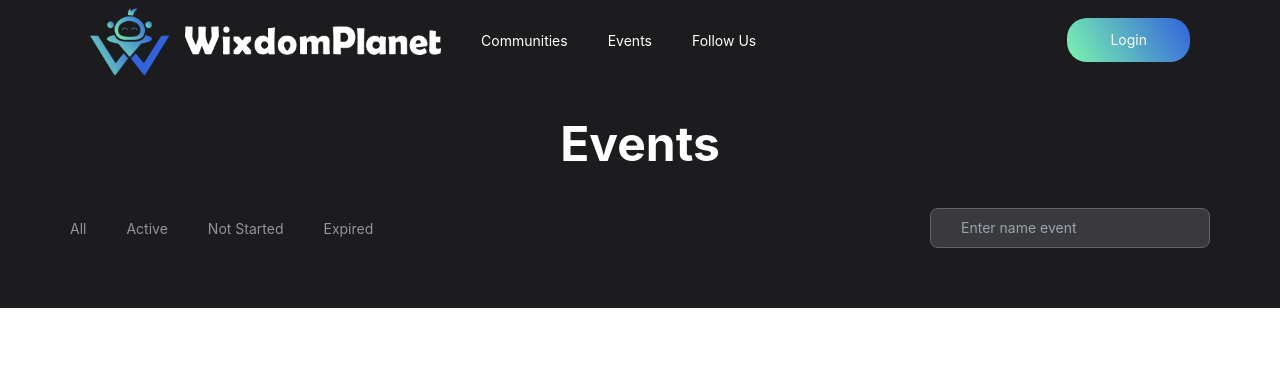
Repository: haudnn/WixdomPlanet-demo
Page: /
An editor plug-in stored every save of this project. The page is shown before and after a run of saves, followed by the edit.
The browser window is 1280 px wide. The pictures show the whole page.
The project was rebuilt for these pictures with package versions that can differ from the ones it lists, and the page was loaded fresh each time. Also part of the build but not shown: vite.config.js.

Above is the page before, as saved 2023-02-03 10:35:37.

### src/App.jsx
import "./App.css";
import { BrowserRouter } from "react-router-dom";
import Header from "./components/Layout/Header";
import RoutesConfig from "./config/RoutesConfig";
function App() {
  return (
    <div className="App bg-[#1c1c1e]">
      <BrowserRouter>
        <Header />
        <RoutesConfig/>
      </BrowserRouter>
    </div>
  );
}

export default App;

### src/index.css
@tailwind base;
@tailwind components;
@tailwind utilities;

:root {
  font-family: Inter, system-ui, Avenir, Helvetica, Arial, sans-serif;
}

### src/App.css
.grid {
    width: 100% !important;
    display: block !important;
    padding: 0;
}

.grid.wide {
    max-width: 1200px;
    margin: 0 auto;
}

.row {
    display: flex;
    flex-wrap: wrap;
    margin-left: -4px;
    margin-right: -4px;
}

.row.no-gutters {
    margin-left: 0;
    margin-right: 0;
}

.col {
    padding-left: 4px;
    padding-right: 4px;
}

.row.no-gutters .col {
    padding-left: 0;
    padding-right: 0;
}

.c-0 {
    display: none;
}

.c-1 {
    flex: 0 0 8.33333%;
    max-width: 8.33333%;
}

.c-2 {
    flex: 0 0 16.66667%;
    max-width: 16.66667%;
}

.c-3 {
    flex: 0 0 25%;
    max-width: 25%;
}

.c-4 {
    flex: 0 0 33.33333%;
    max-width: 33.33333%;
}

.c-5 {
    flex: 0 0 41.66667%;
    max-width: 41.66667%;
}

.c-6 {
    flex: 0 0 50%;
    max-width: 50%;
}

.c-7 {
    flex: 0 0 58.33333%;
    max-width: 58.33333%;
}

.c-8 {
    flex: 0 0 66.66667%;
    max-width: 66.66667%;
}

.c-9 {
    flex: 0 0 75%;
    max-width: 75%;
}

.c-10 {
    flex: 0 0 83.33333%;
    max-width: 83.33333%;
}

.c-11 {
    flex: 0 0 91.66667%;
    max-width: 91.66667%;
}

.c-12 {
    flex: 0 0 100%;
    max-width: 100%;
}

.c-o-1 {
    margin-left: 8.33333%;
}

.c-o-2 {
    margin-left: 16.66667%;
}

.c-o-3 {
    margin-left: 25%;
}

.c-o-4 {
    margin-left: 33.33333%;
}

.c-o-5 {
    margin-left: 41.66667%;
}

.c-o-6 {
    margin-left: 50%;
}

.c-o-7 {
    margin-left: 58.33333%;
}

.c-o-8 {
    margin-left: 66.66667%;
}

.c-o-9 {
    margin-left: 75%;
}

.c-o-10 {
    margin-left: 83.33333%;
}

.c-o-11 {
    margin-left: 91.66667%;
}

/* >= Tablet */
@media (min-width: 740px) {
    .row {
        margin-left: -8px;
        margin-right: -8px;
    }

    .col {
        padding-left: 8px;
        padding-right: 8px;
    }

    .m-0 {
        display: none;
    }

    .m-1,
    .m-2,
    .m-3,
    .m-4,
    .m-5,
    .m-6,
    .m-7,
    .m-8,
    .m-9,
    .m-10,
    .m-11,
    .m-12 {
        display: block;
    }

    .m-1 {
        flex: 0 0 8.33333%;
        max-width: 8.33333%;
    }

    .m-2 {
        flex: 0 0 16.66667%;
        max-width: 16.66667%;
    }

    .m-3 {
        flex: 0 0 25%;
        max-width: 25%;
    }

    .m-4 {
        flex: 0 0 33.33333%;
        max-width: 33.33333%;
    }

    .m-5 {
        flex: 0 0 41.66667%;
        max-width: 41.66667%;
    }

    .m-6 {
        flex: 0 0 50%;
        max-width: 50%;
    }

    .m-7 {
        flex: 0 0 58.33333%;
        max-width: 58.33333%;
    }

    .m-8 {
        flex: 0 0 66.66667%;
        max-width: 66.66667%;
    }

    .m-9 {
        flex: 0 0 75%;
        max-width: 75%;
    }

    .m-10 {
        flex: 0 0 83.33333%;
        max-width: 83.33333%;
    }

    .m-11 {
        flex: 0 0 91.66667%;
        max-width: 91.66667%;
    }

    .m-12 {
        flex: 0 0 100%;
        max-width: 100%;
    }

    .m-o-1 {
        margin-left: 8.33333%;
    }

    .m-o-2 {
        margin-left: 16.66667%;
    }

    .m-o-3 {
        margin-left: 25%;
    }

    .m-o-4 {
        margin-left: 33.33333%;
    }

    .m-o-5 {
        margin-left: 41.66667%;
    }

    .m-o-6 {
        margin-left: 50%;
    }

    .m-o-7 {
        margin-left: 58.33333%;
    }

    .m-o-8 {
        margin-left: 66.66667%;
    }

    .m-o-9 {
        margin-left: 75%;
    }

    .m-o-10 {
        margin-left: 83.33333%;
    }

    .m-o-11 {
        margin-left: 91.66667%;
    }
}

/* PC medium resolution > */
@media (min-width: 1113px) {
    .row {
        margin-left: -12px;
        margin-right: -12px;
    }

    .row.sm-gutter {
        margin-left: -5px;
        margin-right: -5px;
    }

    .col {
        padding-left: 12px;
        padding-right: 12px;
    }

    .row.sm-gutter .col {
        padding-left: 5px;
        padding-right: 5px;
    }

    .l-0 {
        display: none;
    }

    .l-1,
    .l-2,
    .l-2-4,
    .l-3,
    .l-4,
    .l-5,
    .l-6,
    .l-7,
    .l-8,
    .l-9,
    .l-10,
    .l-11,
    .l-12 {
        display: block;
    }

    .l-1 {
        flex: 0 0 8.33333%;
        max-width: 8.33333%;
    }

    .l-2 {
        flex: 0 0 16.66667%;
        max-width: 16.66667%;
    }

    .l-2-4 {
        flex: 0 0 20%;
        max-width: 20%;
    }

    .l-3 {
        flex: 0 0 25%;
        max-width: 25%;
    }

    .l-4 {
        flex: 0 0 33.33333%;
        max-width: 33.33333%;
    }

    .l-5 {
        flex: 0 0 41.66667%;
        max-width: 41.66667%;
    }

    .l-6 {
        flex: 0 0 50%;
        max-width: 50%;
    }

    .l-7 {
        flex: 0 0 58.33333%;
        max-width: 58.33333%;
    }

    .l-8 {
        flex: 0 0 66.66667%;
        max-width: 66.66667%;
    }

    .l-9 {
        flex: 0 0 75%;
        max-width: 75%;
    }

    .l-10 {
        flex: 0 0 83.33333%;
        max-width: 83.33333%;
    }

    .l-11 {
        flex: 0 0 91.66667%;
        max-width: 91.66667%;
    }

    .l-12 {
        flex: 0 0 100%;
        max-width: 100%;
    }

    .l-o-1 {
        margin-left: 8.33333%;
    }

    .l-o-2 {
        margin-left: 16.66667%;
    }

    .l-o-3 {
        margin-left: 25%;
    }

    .l-o-4 {
        margin-left: 33.33333%;
    }

    .l-o-5 {
        margin-left: 41.66667%;
    }

    .l-o-6 {
        margin-left: 50%;
    }

    .l-o-7 {
        margin-left: 58.33333%;
    }

    .l-o-8 {
        margin-left: 66.66667%;
    }

    .l-o-9 {
        margin-left: 75%;
    }

    .l-o-10 {
        margin-left: 83.33333%;
    }

    .l-o-11 {
        margin-left: 91.66667%;
    }
}

/* Tablet - PC low resolution */
@media (min-width: 740px) and (max-width: 1023px) {
    .wide {
        width: 644px;
    }
}

/* > PC low resolution */
@media (min-width: 1024px) and (max-width: 1239px) {
    .wide {
        width: 984px;
    }

    .wide .row {
        margin-left: -12px;
        margin-right: -12px;
    }

    .wide .row.sm-gutter {
        margin-left: -5px;
        margin-right: -5px;
    }

    .wide .col {
        padding-left: 12px;
        padding-right: 12px;
    }

    .wide .row.sm-gutter .col {
        padding-left: 5px;
        padding-right: 5px;
    }

    .wide .l-0 {
        display: none;
    }

    .wide .l-1,
    .wide .l-2,
    .wide .l-2-4,
    .wide .l-3,
    .wide .l-4,
    .wide .l-5,
    .wide .l-6,
    .wide .l-7,
    .wide .l-8,
    .wide .l-9,
    .wide .l-10,
    .wide .l-11,
    .wide .l-12 {
        display: block;
    }

    .wide .l-1 {
        flex: 0 0 8.33333%;
        max-width: 8.33333%;
    }

    .wide .l-2 {
        flex: 0 0 16.66667%;
        max-width: 16.66667%;
    }

    .wide .l-2-4 {
        flex: 0 0 20%;
        max-width: 20%;
    }

    .wide .l-3 {
        flex: 0 0 25%;
        max-width: 25%;
    }

    .wide .l-4 {
        flex: 0 0 33.33333%;
        max-width: 33.33333%;
    }

    .wide .l-5 {
        flex: 0 0 41.66667%;
        max-width: 41.66667%;
    }

    .wide .l-6 {
        flex: 0 0 50%;
        max-width: 50%;
    }

    .wide .l-7 {
        flex: 0 0 58.33333%;
        max-width: 58.33333%;
    }

    .wide .l-8 {
        flex: 0 0 66.66667%;
        max-width: 66.66667%;
    }

    .wide .l-9 {
        flex: 0 0 75%;
        max-width: 75%;
    }

    .wide .l-10 {
        flex: 0 0 83.33333%;
        max-width: 83.33333%;
    }

    .wide .l-11 {
        flex: 0 0 91.66667%;
        max-width: 91.66667%;
    }

    .wide .l-12 {
        flex: 0 0 100%;
        max-width: 100%;
    }

    .wide .l-o-1 {
        margin-left: 8.33333%;
    }

    .wide .l-o-2 {
        margin-left: 16.66667%;
    }

    .wide .l-o-3 {
        margin-left: 25%;
    }

    .wide .l-o-4 {
        margin-left: 33.33333%;
    }

    .wide .l-o-5 {
        margin-left: 41.66667%;
    }

    .wide .l-o-6 {
        margin-left: 50%;
    }

    .wide .l-o-7 {
        margin-left: 58.33333%;
    }

    .wide .l-o-8 {
        margin-left: 66.66667%;
    }

    .wide .l-o-9 {
        margin-left: 75%;
    }

    .wide .l-o-10 {
        margin-left: 83.33333%;
    }

    .wide .l-o-11 {
        margin-left: 91.66667%;
    }
}

### src/components/Layout/Header.jsx
import React from 'react'
import { Link } from 'react-router-dom'
import logo from "../../assets/imgs/logo.png"
const Header = () => {
  return (
    <header className='h-[80px]'>
        <div className='max-w-[1140px] my-0 mx-auto h-full px-5'>
            <div className='flex items-center justify-between h-full'>
                <div className='flex items-center gap-x-10'>
                    <div className='h-[80px]'>
                        <Link to="/">
                            <img src={logo} alt="Logo" className='w-full h-full object-cover' />
                        </Link>
                    </div>
                    <ul className='flex items-center gap-x-10'>
                        <li>
                            <Link className='text-sm text-white' to="/communities">Communities</Link>
                        </li>
                        <li>
                            <Link className='text-sm text-white' to="/events">Events</Link>
                        </li>
                        <li>
                            <Link className='text-sm text-white' to="/follow">Follow Us</Link>
                        </li>
                    </ul>
                </div>
                <button style={{background: "linear-gradient(239deg,#3262dd,#7af4ae 98.78%)"}} className='text-sm text-white rounded-[20px] py-3 px-[43px]'>
                    <Link to="/login">Login</Link>
                </button>
            </div>
        </div>
    </header>
  )
}

export default Header

### src/config/RoutesConfig.jsx
import { Routes, Route } from 'react-router-dom';
import routes from '../constants/routes';
function RoutesConfig() {
  return (
    <Routes>
      {routes.map(({ path, component }) => (
        <Route key={path} path={path} element={component} />
      ))}
    </Routes>
  );
}
export default RoutesConfig;

### src/constants/routes.jsx
import Home from "../features/Home";

const routes = [
    {
      path: '/',
      component: <Home/>,
    },
]
export default routes;

### src/features/Home.jsx
import React from 'react'
import Event from './Event/page/Event'

const Home = () => {
  return (
    <section className='home py-10 max-w-[1140px] my-0 mx-auto'>
        <div className='text-center'>
            <span className="text-white font-bold text-5xl ">Events</span>
        </div>
        <div className='mt-10 flex items-center justify-between'>
            <ul className='flex items-center gap-x-10'>
                <li>
                    <span className='text-sm text-[#949499] cursor-pointer'>All</span>
                </li>
                <li>
                    <span className='text-sm text-[#949499] cursor-pointer'>Active</span>
                </li>
                <li>
                    <span className='text-sm text-[#949499] cursor-pointer'>Not Started</span>
                </li>
                <li>
                    <span className='text-sm text-[#949499] cursor-pointer'>Expired</span>
                </li>
            </ul>
            <div className='w-[280px]'>
                <input type="text" placeholder='Enter name event' className='text-sm pl-[30px] pr-[15px] h-10 leading-10 border border-solid border-[#636366] inline-block w-full bg-[#3a3a3c] rounded-lg text-white'/>
            </div>
        </div>
        <div className='mt-5'>
            <Event/>
        </div>
    </section>
  )
}

export default Home

### src/features/Event/page/Event.jsx
const Event = () => {
  return (
    <div className="event">
        <div className="grid"></div>
    </div>
  )
}

export default Event

### src/features/Event/components/EventItem.jsx
const EventItem = () => {
    return (
      <div>

      </div>
    )
  }

  export default EventItem

Loaded but not shown: index.html (common file); src/main.jsx (common file); tailwind.config.cjs (common file)

After the next 2 saves:
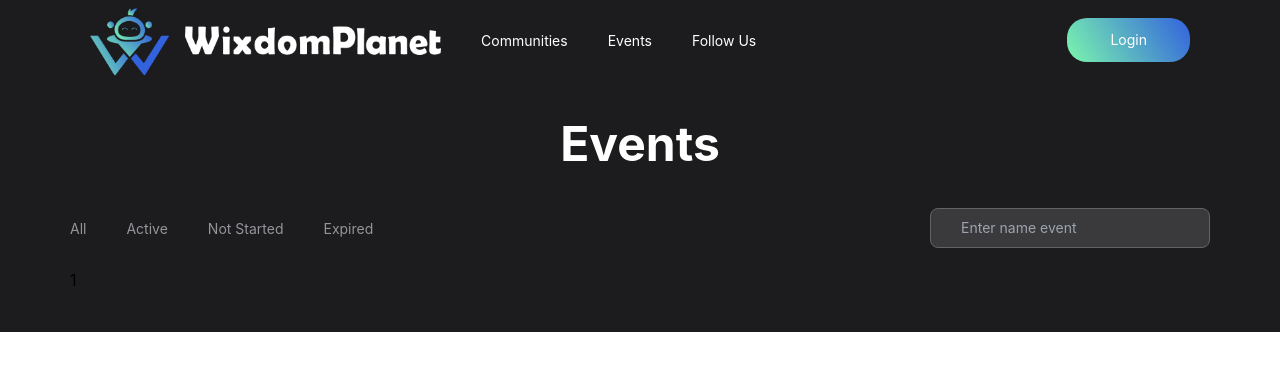
The 2 saves are shown as one change because they came seconds apart.
The last was saved 46 s later.
--- a/src/features/Event/page/Event.jsx
+++ b/src/features/Event/page/Event.jsx
@@ -1,7 +1,13 @@
 const Event = () => {
   return (
     <div className="event">
-        <div className="grid"></div>
+        <div className="grid">
+            <div className="row">
+                <div className="col l-4">
+                    1
+                </div>
+            </div>
+        </div>
     </div>
   )
 }

After the save that followed:
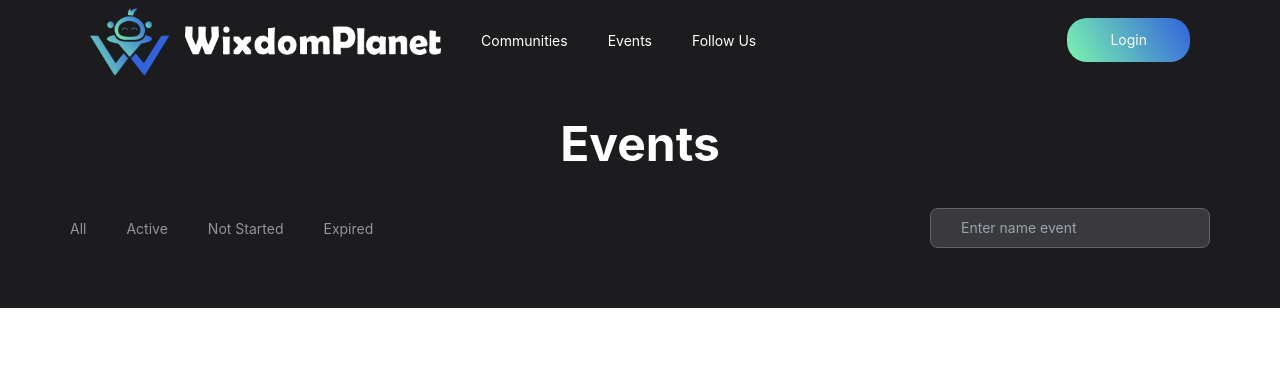
Saved 26 s later.
--- a/src/features/Event/page/Event.jsx
+++ b/src/features/Event/page/Event.jsx
@@ -1,11 +1,11 @@
+import EventItem from "../components/EventItem"
+
 const Event = () => {
   return (
     <div className="event">
         <div className="grid">
             <div className="row">
-                <div className="col l-4">
-                    1
-                </div>
+               <EventItem></EventItem>
             </div>
         </div>
     </div>
